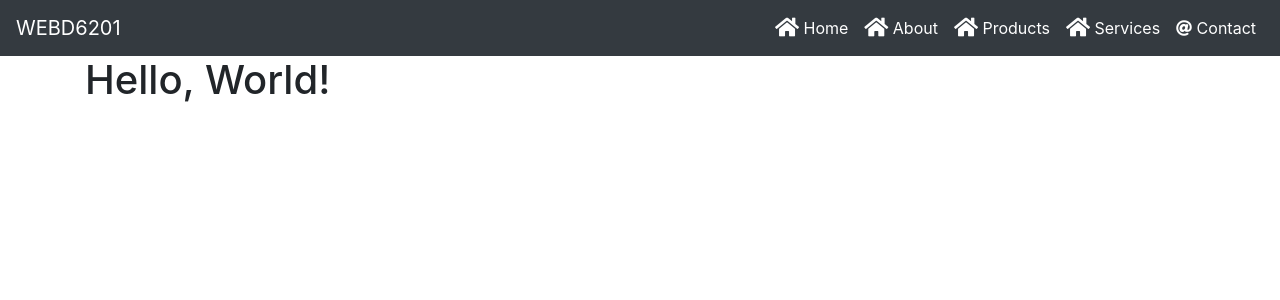
Repository: deividwsantoss/WEBD6201-W2021-Week1-lab1
Page: index.html
The author's editor kept a copy of each file at every save. The page is drawn from the files as they stood at one save, then again after the next save.
The browser window is 1280 px wide. The pictures show the whole page.

Above is the page before, as saved 2021-02-01 20:31:40.

### index.html
<!DOCTYPE html>
<html lang="en">
<head>
    <meta charset="UTF-8">
    <meta name="viewport" content="width=device-width, initial-scale=1.0">
    <title>Hello, World!</title>
    <!-- CSS SEction -->
    <link rel="stylesheet" href="./node_modules/bootstrap/dist/css/bootstrap.min.css">
    <link rel="stylesheet" href="./node_modules/@fortawesome/fontawesome-free/css/all.min.css">
    <link rel="stylesheet" href="./Content/app.css">
</head>
<body>
    <nav class="navbar navbar-expand-lg navbar-dark bg-dark">
        <a class="navbar-brand" href="#">WEBD6201</a>
        <button class="navbar-toggler" type="button" data-toggle="collapse" data-target="#navbarSupportedContent" aria-controls="navbarSupportedContent" aria-expanded="false" aria-label="Toggle navigation">
          <span class="navbar-toggler-icon"></span>
        </button>
        <div class="collapse navbar-collapse" id="navbarSupportedContent">
          <ul class="navbar-nav ml-auto">

            <li class="nav-item">
              <a class="nav-link active" href="#"><i class="fas fa-home fa-lg"></i> Home <span class="sr-only">(current)</span></a>
            </li>

            <li class="nav-item ">
                <a class="nav-link active" href="#"><i class="fas fa-home fa-lg"></i> About  <span class="sr-only">(current)</span></a>
            </li>
            <li class="nav-item ">
                <a class="nav-link active" href="#"><i class="fas fa-home fa-lg"></i> Products  <span class="sr-only">(current)</span></a>
            </li>
            <li class="nav-item ">
                <a class="nav-link active" href="#"><i class="fas fa-home fa-lg"></i> Services  <span class="sr-only">(current)</span></a>
            </li>
            <li class="nav-item ">
                <a class="nav-link active" href="#"><i class="fas fa-at"></i> Contact  <span class="sr-only">(current)</span></a>
            </li>


          </ul>
            </div>
      </nav>


        <div class="container">
            <h1>Hello, World!</h1>
        </div>


    <!-- JavaScript Section -->
        <script src="./node_modules/jquery/dist/jquery.min.js"></script>
        <script src="./node_modules/bootstrap/dist/js/bootstrap.bundle.min.js"></script>
        <script src="./Scripts/app.js"></script>
</body>
</html>

### Content/app.css
/* Custom css goes here */

### Scripts/app.js
/* Custom scripts goes here */

//IIFE - Immediately invoked function expression
//AKA: Anonymous Self-Executing Function

(function()
{

    //initialization function
    function Start()
    {
        console.log("App Started...");
    }

    //event listener
    window.addEventListener("load",Start);

})();

Loaded but not shown: node_modules/bootstrap/dist/css/bootstrap.min.css (library); node_modules/@fortawesome/fontawesome-free/css/all.min.css (library); node_modules/jquery/dist/jquery.min.js (library); node_modules/bootstrap/dist/js/bootstrap.bundle.min.js (library)

After the next save:
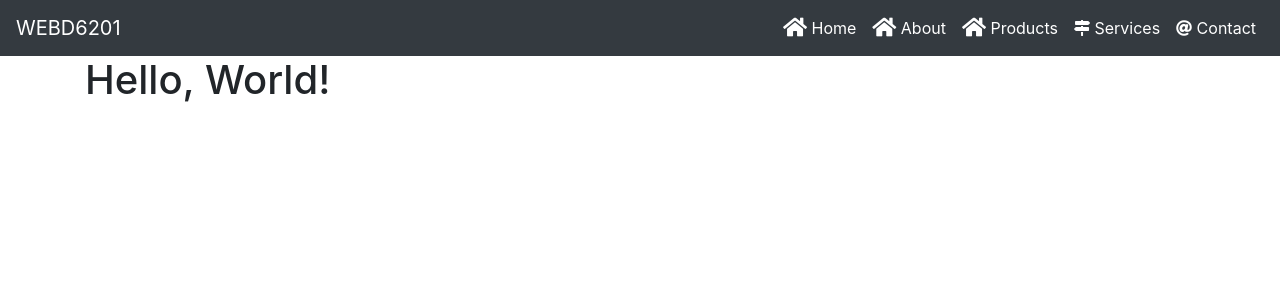
Saved 52 s later.
--- a/index.html
+++ b/index.html
@@ -29,7 +29,7 @@
                 <a class="nav-link active" href="#"><i class="fas fa-home fa-lg"></i> Products  <span class="sr-only">(current)</span></a>
             </li>
             <li class="nav-item ">
-                <a class="nav-link active" href="#"><i class="fas fa-home fa-lg"></i> Services  <span class="sr-only">(current)</span></a>
+                <a class="nav-link active" href="#"><i class="fas fa-map-signs"></i> Services  <span class="sr-only">(current)</span></a>
             </li>
             <li class="nav-item ">
                 <a class="nav-link active" href="#"><i class="fas fa-at"></i> Contact  <span class="sr-only">(current)</span></a>
